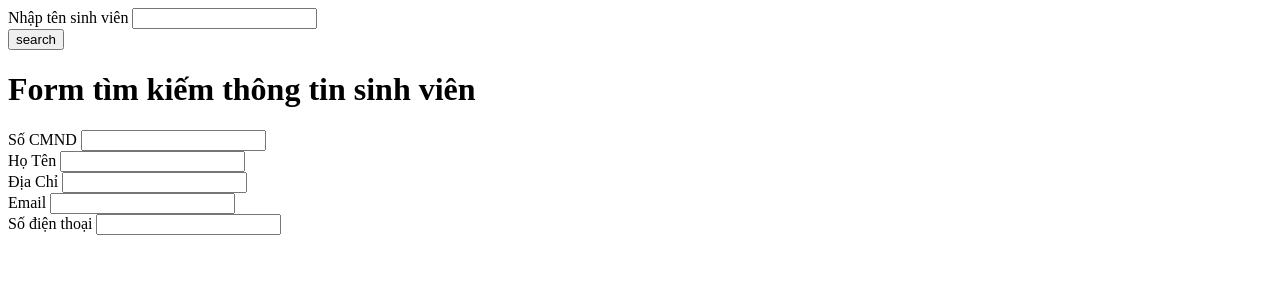
Repository: trandangtin2003/vku_docu
Page: http://localhost/form1
These files come from the project's save history. The page is drawn as it stood at one moment and after the next save; the edit follows.
The browser window is 1280 px wide. The pictures show the whole page.
The page is this project's Thymeleaf template; nobody is signed in. The template is opened directly, without the code that normally fills it, so the values that code supplies are empty.

Above is the page before, as saved 2023-12-29 09:43:31.

After the next save:
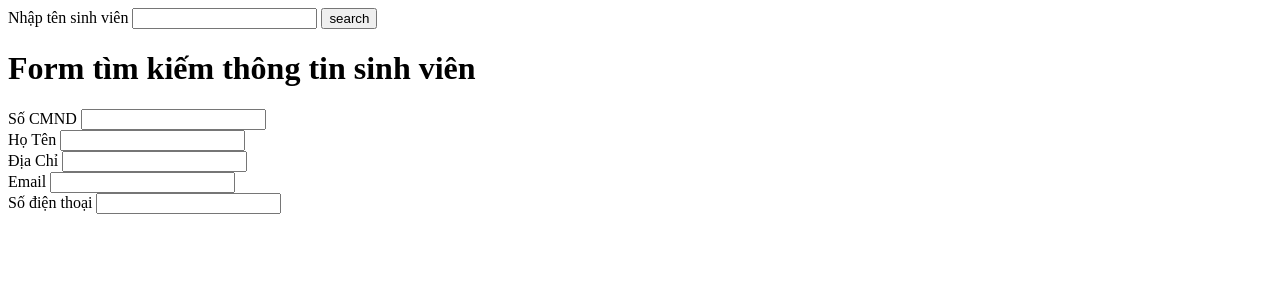
Saved 16 s later.
--- a/21IT176_TranDangTin_javaWeb/src/main/resources/templates/form1.html
+++ b/21IT176_TranDangTin_javaWeb/src/main/resources/templates/form1.html
@@ -12,9 +12,10 @@
 			<div >
 				<label for="soCMND">Nhập tên sinh viên</label>
 				<input type="text"  id="soCMND" name="soCMND" required>
+				<button type="submit" class="btn btn-primary">search</button>
 			</div>
 			<!-- Nút submit -->
-			<button type="submit" class="btn btn-primary">search</button>
+
 		</form>
 
 		<h1 class="text-center">Form tìm kiếm thông tin sinh viên</h1>
